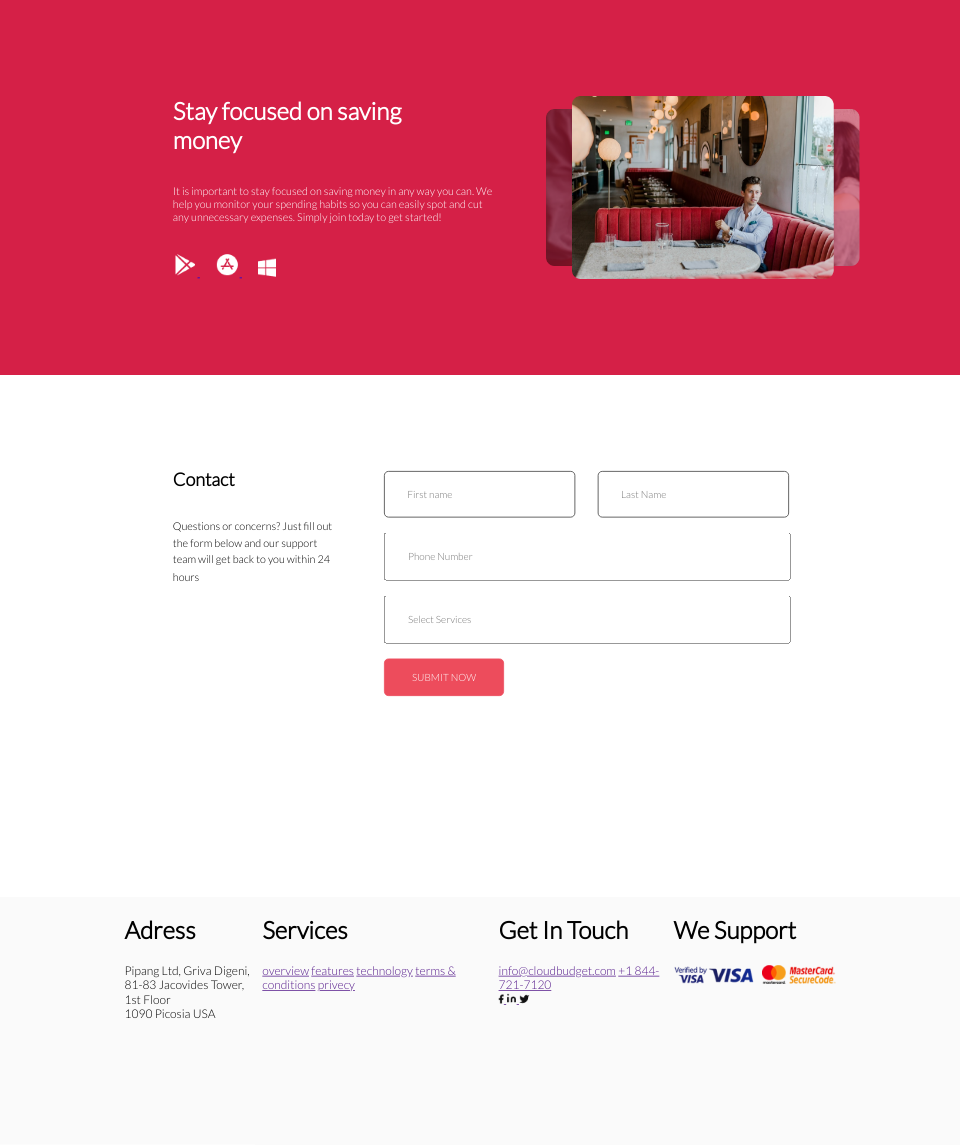
Repository: batonAnton/Cursor_lecture4
Page: index.html
The author's editor kept a copy of each file at every save. The page is drawn from the files as they stood at one save, then again after the next save.
The browser window is 1280 px wide. The pictures show the whole page, at 75% of full size.

Above is the page before, as saved 2022-06-09 15:06:56.

### index.html
<!DOCTYPE html>
<html lang="en">
<head>
    <meta charset="UTF-8">
    <meta http-equiv="X-UA-Compatible" content="IE=edge">
    <meta name="viewport" content="width=device-width, initial-scale=1.0">
    <title>CloudBudget Freebie</title>
    <link rel="preconnect" href="https://fonts.googleapis.com">
    <link rel="preconnect" href="https://fonts.gstatic.com" crossorigin>
    <link href="https://fonts.googleapis.com/css2?family=Lato:wght@300&display=swap" rel="stylesheet">
    <link rel="stylesheet" href="css/style.css">
</head>
<body>
    <header>
        <div class="info-box">
            <h1>Stay focused on saving <br> money</h1>
            <p>It is important to stay focused on saving money in any way you can. We <br> help you monitor your spending habits so you can easily spot and cut <br> any unnecessary expenses. Simply join today to get started!</p>

            <div class="link_source">
                <a href="https://play.google.com/store/games?hl=uk&gl=US">
                    <img src="/image/icon/google_play.png" alt="icon-google">
                </a>
                <a href="https://www.apple.com/ua/app-store/">
                    <img src="/image/icon/apstore.png" alt="icon-apstore">
                </a>
                <a href="https://www.microsoft.com/uk-ua/software-download/windows10">
                    <img src="/image/icon/windows.png" alt="icon-windows">
                </a>
            </div>
        </div>

        <div class="big_img"></div>
    </header>

    <section>
        <div class="info-box">
            <h1>Contact</h1>
            <p>Questions or concerns? Just fill out the form below and our support <br> team will get back to you within 24 hours</p>
        </div>

        <div class="input-fields">
            <form>
                <div>
                    <input type="text" id="fname" placeholder="First name" name="fname">
                    <input type="text" id="lname" placeholder="Last Name" name="lname">
                </div>

                <input type="number" name="" id="number" placeholder="Phone Number">
                <input list="browsers" id="dropdown" placeholder="Select Services" name="service"> <br>
                <datalist id="browsers">
                    <option value="Service1">
                    <option value="Service2">
                    <option value="Service3">
                    <option value="Service4">
                    <option value="Service5">
                </datalist>
                <button>submit now</button>
              </form>
        </div>
    </section>

    <footer>
        <div class="all-block">
            <div class="adress-block">
                <h1>adress</h1>
                <p>
                    Pipang Ltd, Griva Digeni,<br>
                    81-83 Jacovides Tower, 1st Floor <br>
                    1090 Picosia USA
                </p>
            </div>

            <div class="services">
                <h1>services</h1>
                <a href="">overview</a>
                <a href="">features</a>
                <a href="">technology</a>
                <a href="">terms & conditions</a>
                <a href="">privecy</a>
            </div>

            <div class="link-social">
                <h1>Get in Touch</h1>
                <a href="">info@cloudbudget.com</a>
                <a href="">+1 844-721-7120</a>

                <div>
                    <a href="">
                        <img src="/image/footer/facebook.png" alt="facebook-link">
                    </a>

                    <a href="">
                        <img src="/image/footer/feather-linkedin.png" alt="linkdn">
                    </a>

                    <a href="">
                        <img src="/image/footer/tweeter.png" alt="tweeter-img">
                    </a>
                </div>
            </div>

            <div class="paymants">
                <h1>We Support</h1>
                <img src="/image/footer/secure-p-1 1.png" alt="img pay">
            </div>
        </div>

    </footer>
</body>
</html>

### css/style.css
* {
  font-family: "Lato", sans-serif;
  font-weight: 400;
  margin: 0;
  padding: 0;
  box-sizing: border-box;
}

h1{
  font-weight: 600;
}

header {
  width: 100%;
  height: 20%;
  padding: 10%;
  color: #ffffff;
  display: inline-flex;
  background-color: #d52047;
}

.info-box {
  width: 80%;
  margin-left: 10%;
}

.info-box p {
  width: 90%;
  margin: 40px 0;
  font-size: 0.9rem;
}

.link_source a {
  margin-left: -19px;
  padding: 0 20px;
}

.big_img {
  background-image: url("/image/Photo.png");
  width: 70%;
  background-repeat: no-repeat;
  background-position: center;
  background-size: contain;
}

/* Section */
section {
  color: #000000;
  display: inline-flex;
  padding: 10%;
  width: 100%;
  margin-bottom: 120px;
}

section .info-box {
  width: 80%;
  color:
  #000000;
  line-height: 140%;
}

section .info-box h1{
  font-weight: 600;
}

#fname,
#lname {
  width: 255px;
  height: 60px;
  border: 1px solid #333333;
  border-radius: 6px;
}



.input-fields input {
  width: 95%;
  height: 60px;
  padding: 30px;
}

form div {
  display: inline-flex;
}
form input,
button {
  margin-left: 30px;
  margin-bottom: 20px;
  /* margin: 0px 0px 30px 10px; */
}


.input-fields {
  margin-right: 100px;
}

button {
  background-color: #ed4c5c;
  color: #ffffff;
  width: 160px;
  height: 50px;
  border: 1.5px solid #ed4c5c;
  border-radius: 6px;
  text-transform: uppercase;
}


footer{
  background-color: #FAFAFA;
 margin:0px auto 0px auto;
}

.all-block{
  display: inline-flex;
  padding: 0 166px 166px 166px;

}

footer h1{
  font-style: normal;
  font-weight: 700;
  line-height: 22px;
  text-transform: capitalize;
  margin-bottom: 33px;
  margin-top: 33px;
}

After the next save:
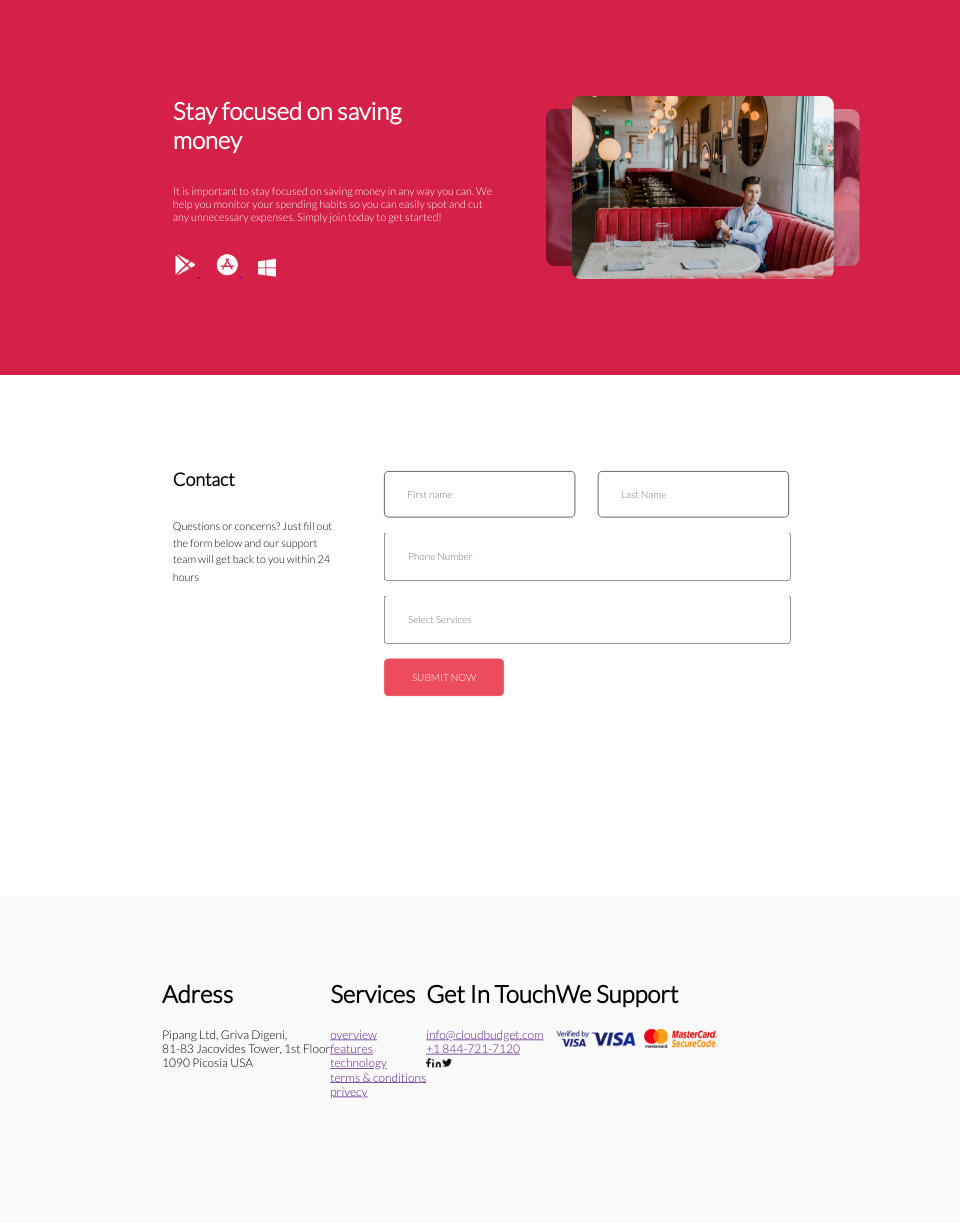
Saved 5 min 1 s later.
--- a/css/style.css
+++ b/css/style.css
@@ -112,7 +112,8 @@ footer{
 
 .all-block{
   display: inline-flex;
-  padding: 0 166px 166px 166px;
+  padding: 85px 166px 166px 166px;
+  margin-left: 50px;
 
 }
 
@@ -124,3 +125,11 @@ footer h1{
   margin-bottom: 33px;
   margin-top: 33px;
 }
+
+.services, .link-social a{
+  display: grid;
+}
+
+.link-social div{
+  display: inline-flex;
+}
